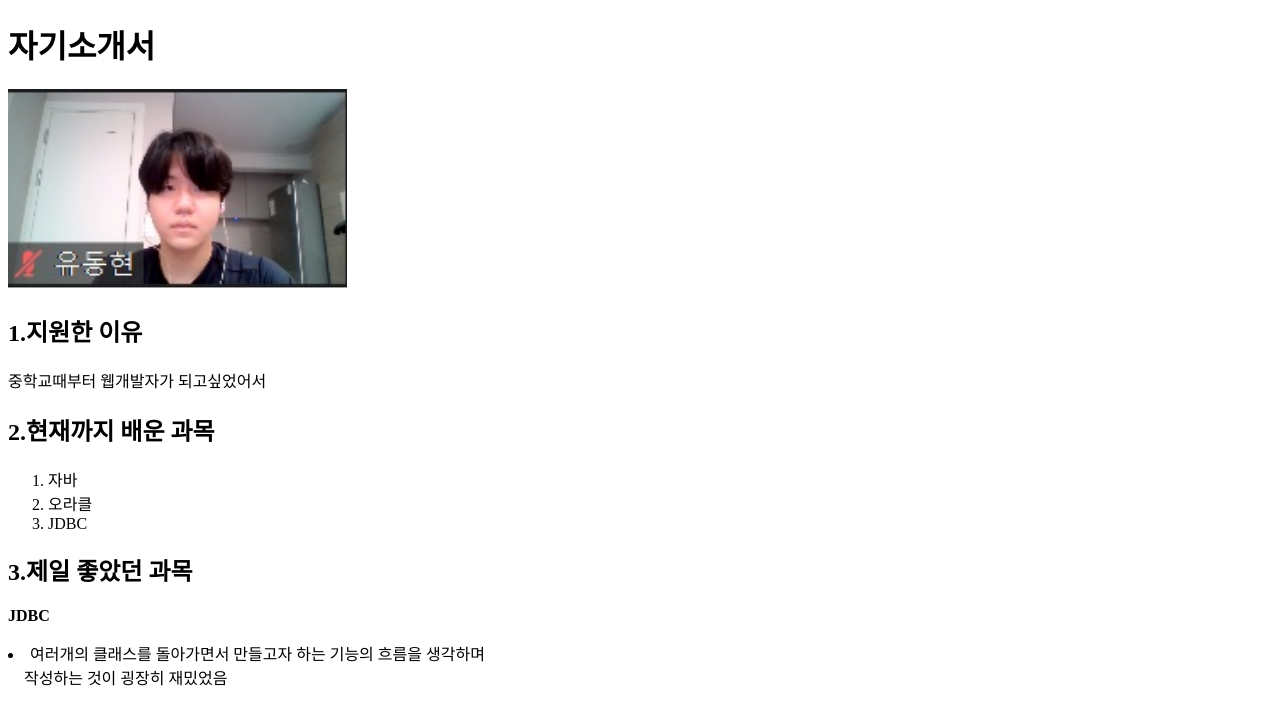
Repository: DongHyenYoo/DongHyen
Page: JdbcStudy/HTMLTEST/WebContent/SelfIntro.html
These files come from the project's save history. The page is drawn as it stood at one moment and after the next save; the edit follows.
The browser window is 1280 px wide. The pictures show the whole page.

Above is the page before, as saved 2022-09-23 08:06:53.

After the next save:
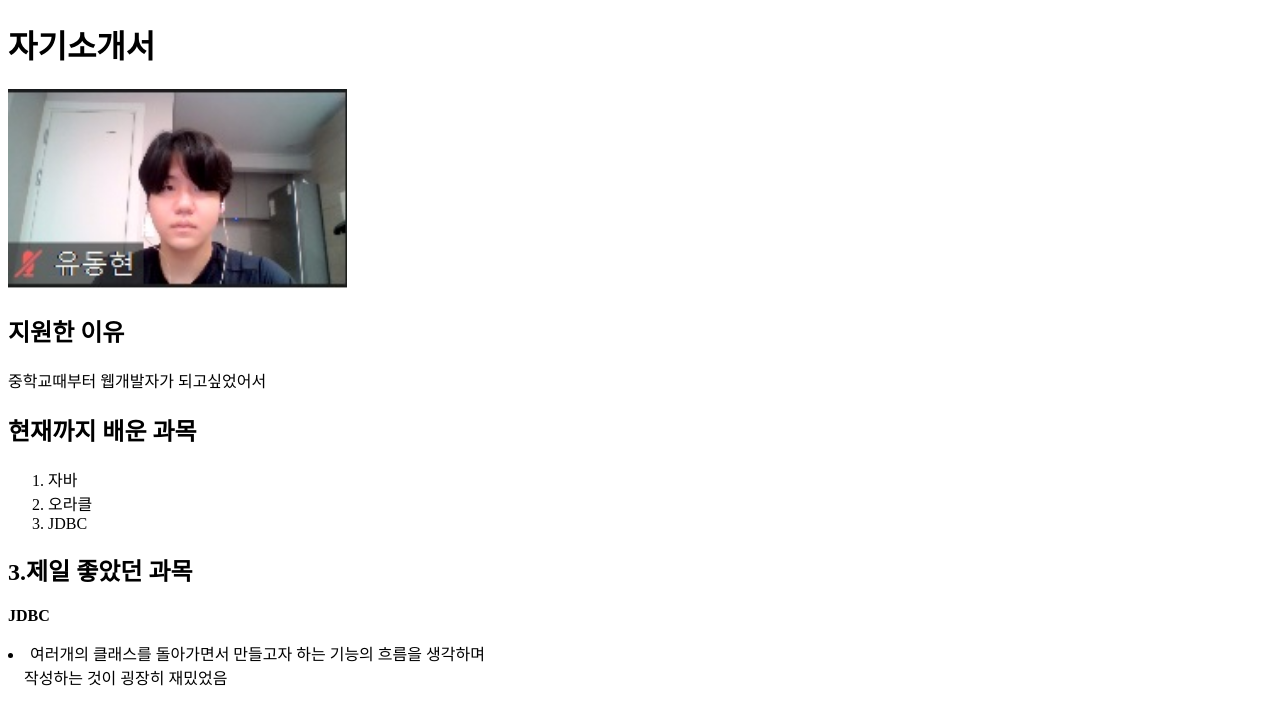
Saved 50 s later.
--- a/JdbcStudy/HTMLTEST/WebContent/SelfIntro.html
+++ b/JdbcStudy/HTMLTEST/WebContent/SelfIntro.html
@@ -8,11 +8,11 @@
 	<h1>자기소개서</h1>
 
 	<img src="Test.jpg" height = "200" alt="테스트용 사진" title="얼굴 사진">
-	<h2>1.지원한 이유</h2>
+	<h2>지원한 이유</h2>
 	<p>중학교때부터 웹개발자가 되고싶었어서</p>
 
 
-	<h2>2.현재까지 배운 과목</h2>
+	<h2>현재까지 배운 과목</h2>
 	<p>
 	<ol>
 		<li>자바</li>
